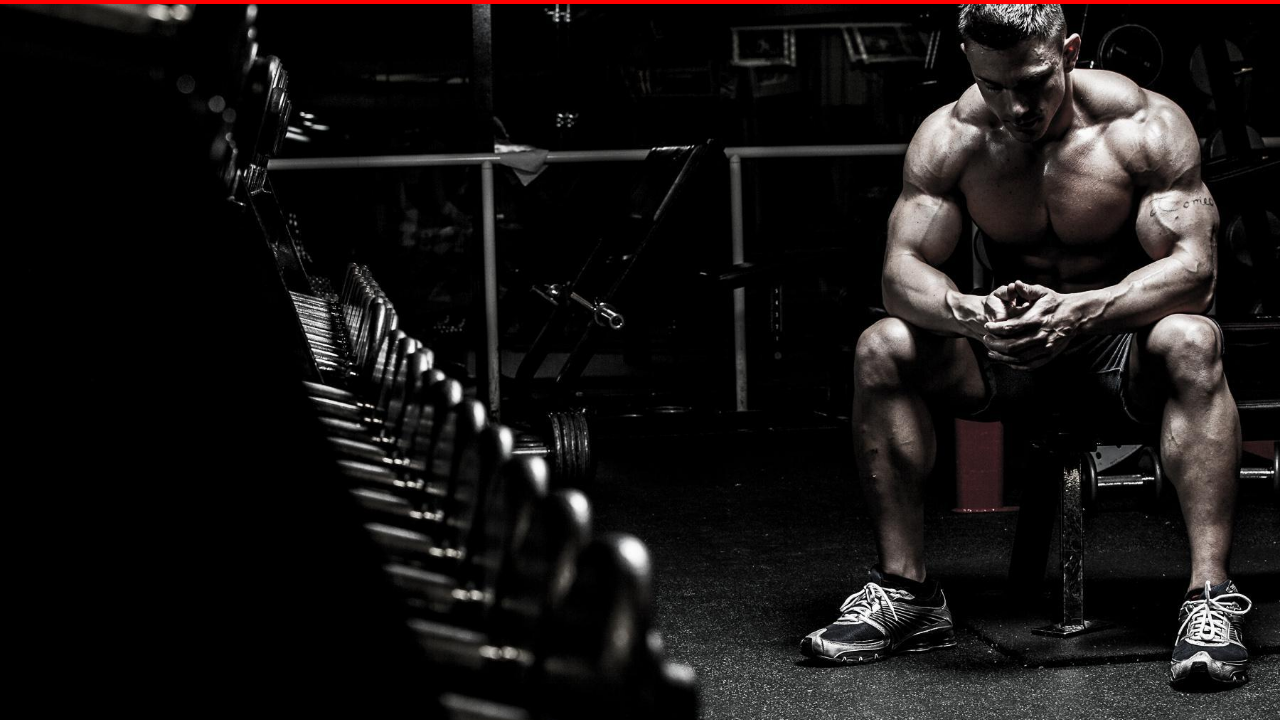
Repository: asthaasquare/project-1
Page: project-1/index.html
The author's editor kept a copy of each file at every save. The page is drawn from the files as they stood at one save, then again after a run of saves.
The browser window is 1280 px wide. The pictures show the whole page.

Above is the page before, as saved 2024-05-09 10:06:58.

After the next 3 saves:
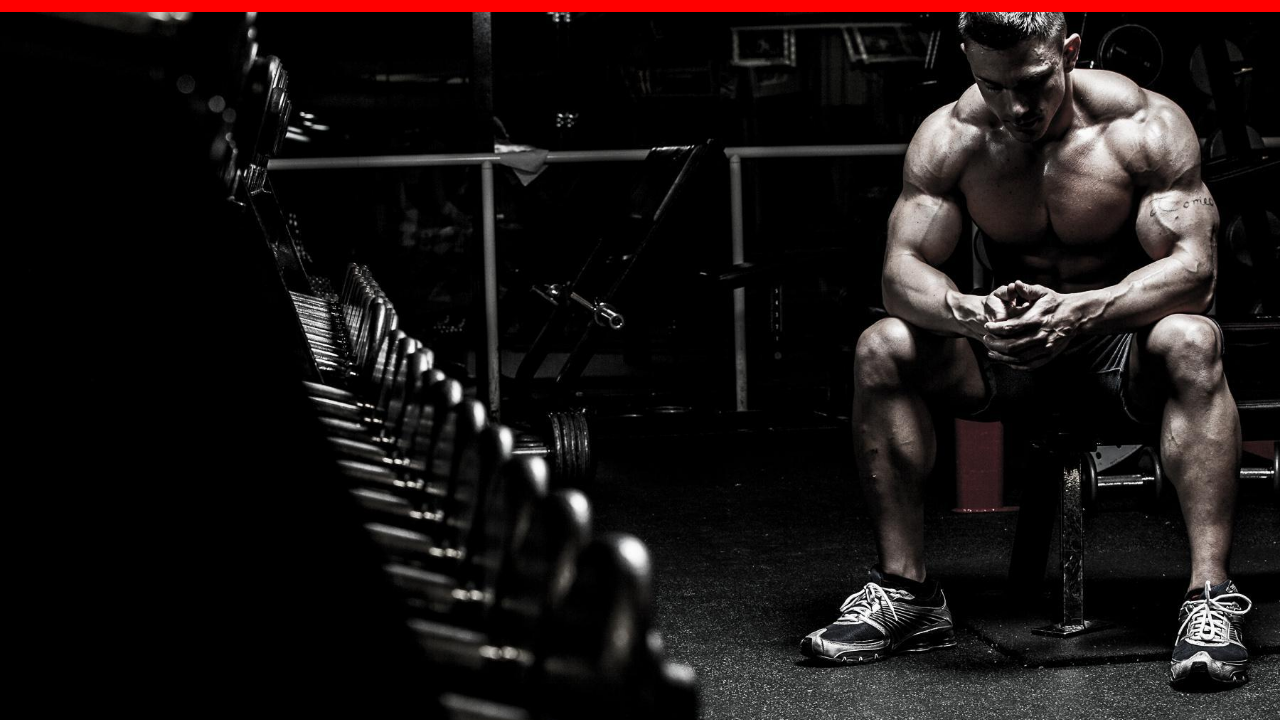
The 3 saves are shown as one change because they came seconds apart.
The last was saved 11 s later.
--- a/project-1/index.html
+++ b/project-1/index.html
@@ -15,14 +15,15 @@
       }
 
       .left {
-              border: 2px solid red;
-
+        border: 2px solid red;
       }
 
       .mid {
+        border: 2px solid red;
       }
 
       .right {
+        border: 2px solid red;
       }
     </style>
   </head>
